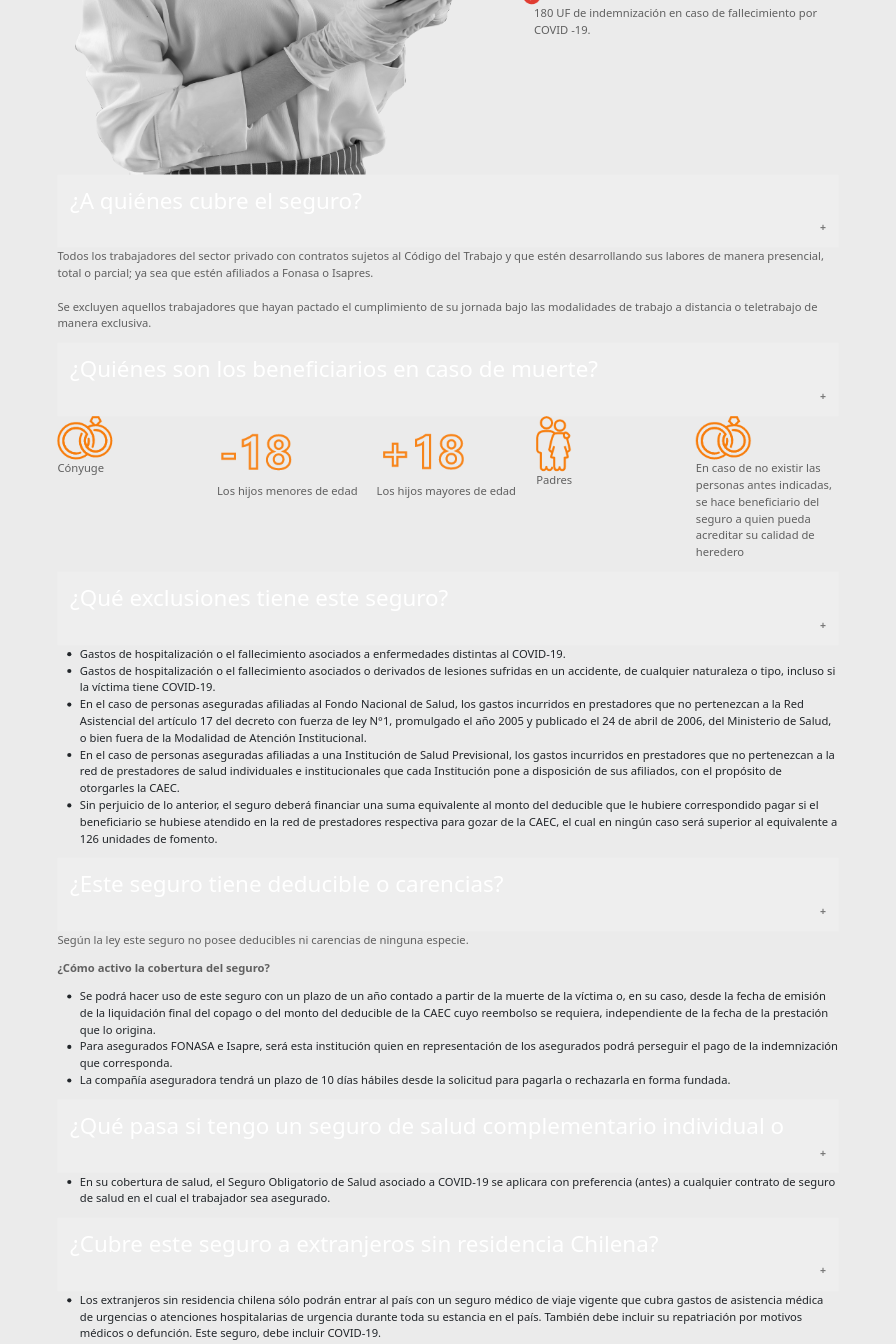
Repository: Darigo30/vidacamara
Page: index.html
The author's editor kept a copy of each file at every save. The page is drawn from the files as they stood at one save, then again after the next save.
The browser window is 1280 px wide. The pictures show the part of the page from y = 1571 to 3491 px (the page is 4271 px tall before and 3851 px after), at 70% of full size.
Some web fonts or font styles are not loaded; a fallback is used. Some web libraries are served in a nearby version.

Above is the page before, as saved 2021-07-30 07:51:06.

After the next save:
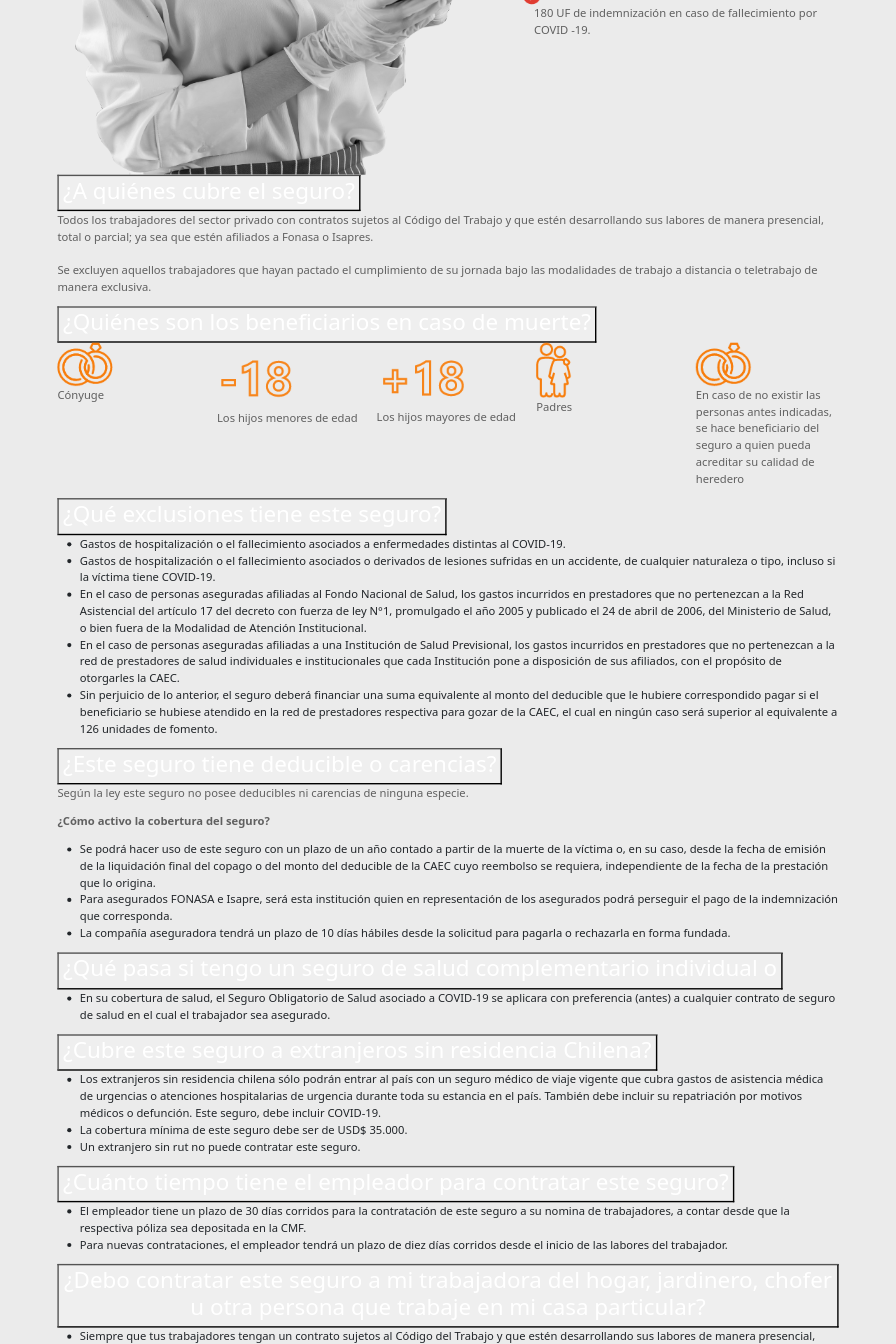
Saved 109 s later.
--- a/index.html
+++ b/index.html
@@ -187,7 +187,7 @@
         <div class="container">
             <div class="row">
             <div class="col-12">
-                <button class="accordion"><h2>¿A quiénes cubre el seguro?</h2></button>
+                <button class="accoo-inf__accordion"><h2>¿A quiénes cubre el seguro?</h2></button>
                 <div class="accordion__panel">
                 <p>
                     Todos los trabajadores del sector privado con contratos
@@ -200,7 +200,7 @@
                     distancia o teletrabajo de manera exclusiva.
                 </p>
                 </div>
-                <button class="accordion"><h2>¿Quiénes son los beneficiarios en caso de muerte?</h2></button>
+                <button class="accoo-inf__accordion"><h2>¿Quiénes son los beneficiarios en caso de muerte?</h2></button>
                 <div class="accordion__panel">
                     <div class="row">
                         <div class="col">
@@ -247,7 +247,7 @@
                         </div>
                     </div>
                 </div>
-                <button class="accordion"><h2>¿Qué exclusiones tiene este seguro?</h2></button>
+                <button class="accoo-inf__accordion"><h2>¿Qué exclusiones tiene este seguro?</h2></button>
                 <div class="accordion__panel">
                 <ul>
                     <li>Gastos de hospitalización o el fallecimiento asociados a enfermedades distintas al COVID-19.</li>
@@ -264,7 +264,7 @@
                     </li>
                 </ul>
                 </div>
-                <button class="accordion"><h2>¿Este seguro tiene deducible o carencias?</h2></button>
+                <button class="accoo-inf__accordion"><h2>¿Este seguro tiene deducible o carencias?</h2></button>
                 <div class="accordion__panel">
                     <p>Según la ley este seguro no posee deducibles ni carencias de ninguna especie.</p>
                     <p><strong>¿Cómo activo la cobertura del seguro?</strong></p>
@@ -280,7 +280,7 @@
                     </li>
                 </ul>
                 </div>
-                <button class="accordion"><h2>¿Qué pasa si tengo un seguro de salud complementario individual o</h2></button>
+                <button class="accoo-inf__accordion"><h2>¿Qué pasa si tengo un seguro de salud complementario individual o</h2></button>
                 <div class="accordion__panel">
                 <ul>
                     <li>En su cobertura de salud, el Seguro Obligatorio de Salud asociado a COVID-19 se aplicara con preferencia (antes) a cualquier contrato de seguro
@@ -288,7 +288,7 @@
                     </li>
                 </ul>
                 </div>
-                <button class="accordion"><h2>¿Cubre este seguro a extranjeros sin residencia Chilena?</h2></button>
+                <button class="accoo-inf__accordion"><h2>¿Cubre este seguro a extranjeros sin residencia Chilena?</h2></button>
                 <div class="accordion__panel">
                 <ul>
                     <li>Los extranjeros sin residencia chilena sólo podrán entrar al país con un seguro médico de viaje vigente que cubra gastos de asistencia médica de
@@ -299,7 +299,7 @@
                     <li>Un extranjero sin rut no puede contratar este seguro. </li>
                 </ul>
                 </div>
-                <button class="accordion"><h2>¿Cuánto tiempo tiene el empleador para contratar este seguro?</h2></button>
+                <button class="accoo-inf__accordion"><h2>¿Cuánto tiempo tiene el empleador para contratar este seguro?</h2></button>
                 <div class="accordion__panel">
                 <ul>
                     <li>El empleador tiene un plazo de 30 días corridos  para la contratación de este seguro a su nomina de trabajadores, a contar desde que la
@@ -309,7 +309,7 @@
                     </li>
                 </ul>
                 </div>
-                <button class="accordion"><h2 class="accordion__ult">¿Debo contratar este seguro a mi trabajadora del hogar, jardinero,
+                <button class="accoo-inf__accordion"><h2 class="accordion__ult">¿Debo contratar este seguro a mi trabajadora del hogar, jardinero,
                 chofer u otra persona que trabaje en mi casa particular?</h2></button>
                 <div class="accordion__panel">
                 <ul>
